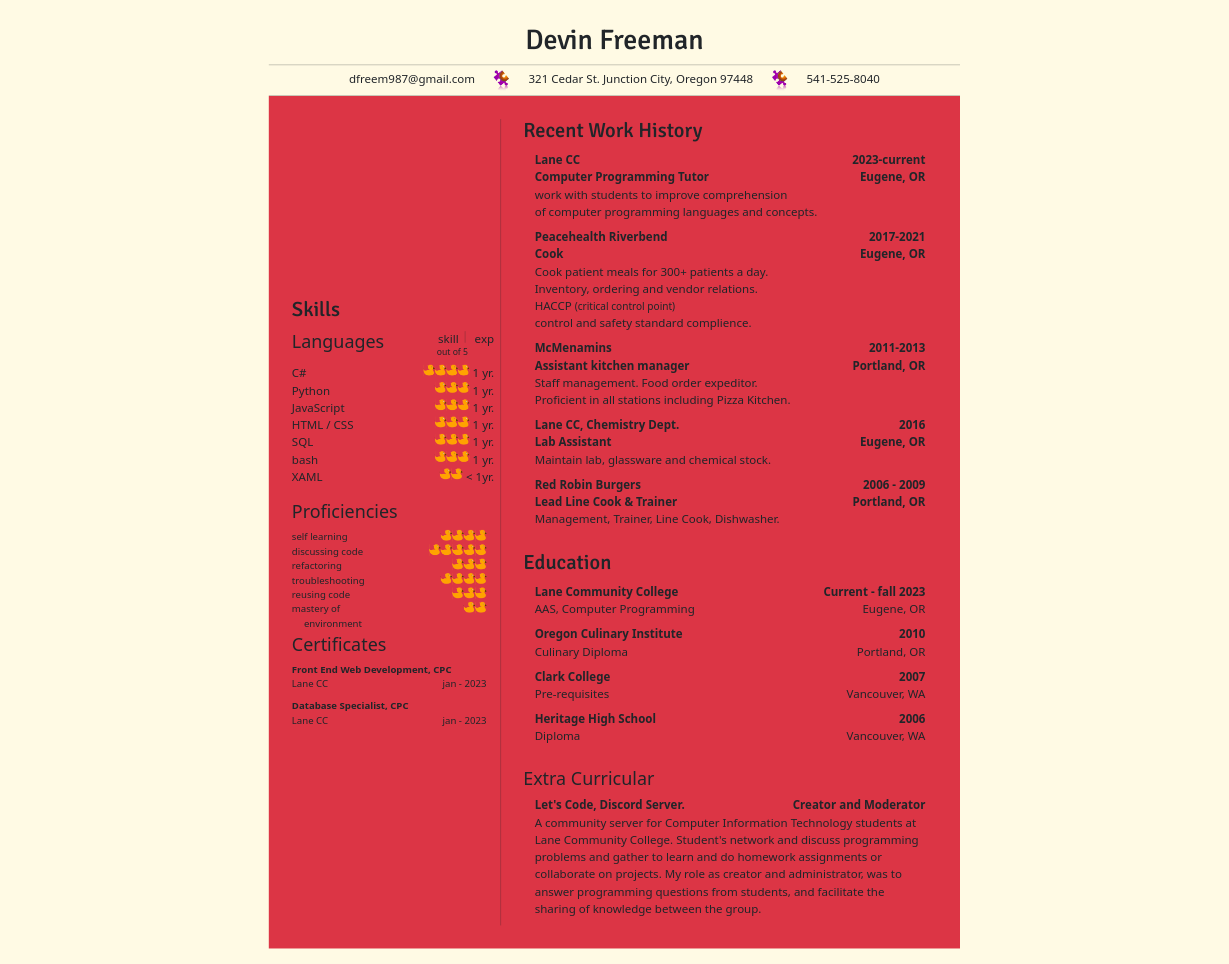
Repository: Dfreem/Resume
Page: index.html
An editor plug-in stored every save of this project. The page is shown before and after the next save, followed by the edit.
The browser window is 1280 px wide. The pictures show the whole page, at 96% of full size.

Above is the page before, as saved 2023-02-12 19:49:13.

After the next save:
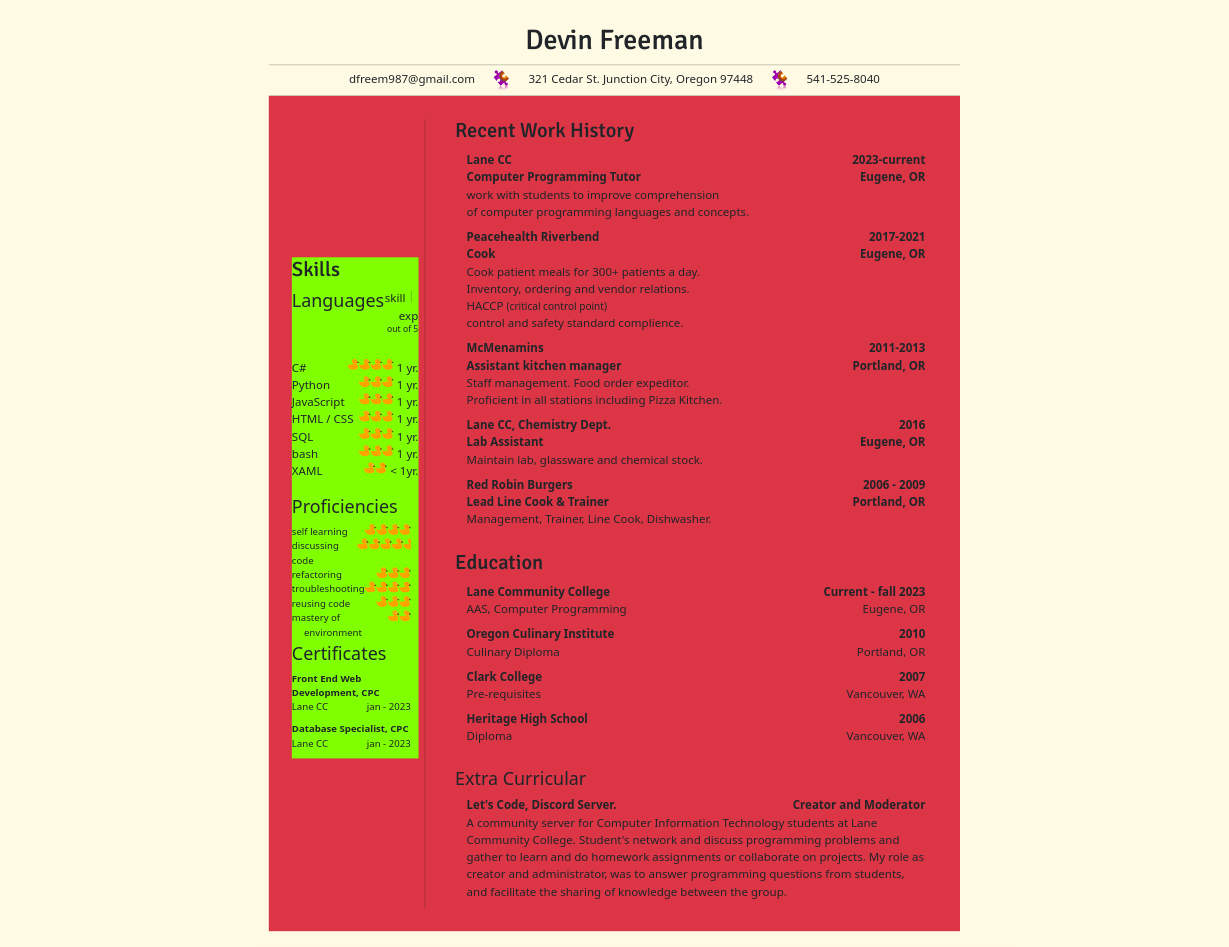
Saved 67 s later.
--- a/resume.css
+++ b/resume.css
@@ -64,7 +64,7 @@ h4 {
     margin-inline-start: 2em;
     margin-inline-end: .5em;
     margin-block-end: 1em;
-    width: 40vw;
+    background-color: chartreuse;
 }
 
 .push-right {
